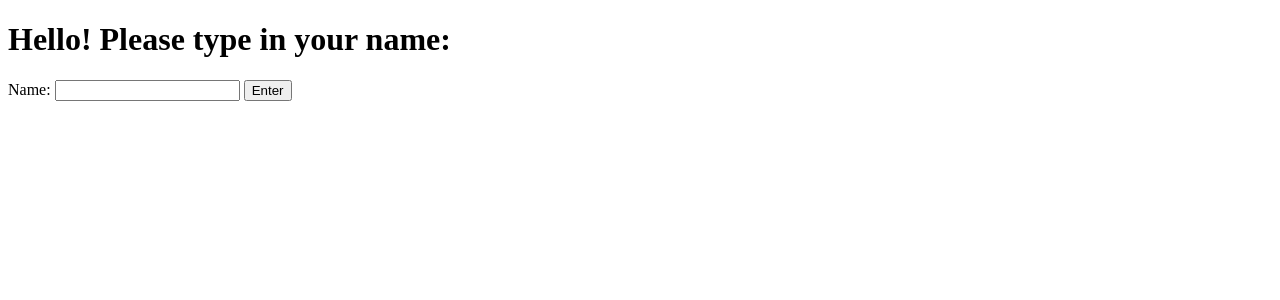
Repository: kunxin-chor/python-flask-form-processing
Page: http://localhost/hello
The author's editor kept a record of every edit. The page is drawn from the files as they stood at one moment, then again after the next edit.
The browser window is 1280 px wide. The pictures show the whole page.
The page is served by the project's application, run on Flask 3 (run.py).

Above is the page before.

### templates/hello.html
<!DOCTYPE html>
<html lang="en">
<head>
    <meta charset="UTF-8">
    <meta name="viewport" content="width=device-width, initial-scale=1.0">
    <meta http-equiv="X-UA-Compatible" content="ie=edge">
    <title>Document</title>
</head>
<body>
    <h1>Hello! Please type in your name:</h1>
    <form method="post" action="greet_the_person">
        <label>Name:</label>
        <input type="text" name="person_name"></input>
        <input type="submit" value="Enter"></input>
    </form>
</body>
</html>

### run.py
# From the flask module, import an object named Flask
from flask import Flask, render_template, request

# adding in functionality to access the operating system
import os

app = Flask(__name__)

# @app.route('/hello')
# def foobar():
#     return render_template("hello.html")

# @app.route('/greet_the_person', methods=['POST'])
# def process_form():
#     n = request.form.get('person_name')
#     age = request.form.get('age')
#     return "Hi, {}, welcome to the website!".format(n)


@app.route('/hello', methods=['GET', 'POST'])
def foobar():
    if request.method == 'GET':
        return render_template("hello.html")
    elif request.method == 'POST':
        print(request.form)
        n = request.form.get('person_name')
        age = request.form.get('age')
        return "Hi, {}, welcome to the website".format(n)

# "magic code" -- boilerplate
if __name__ == '__main__':
    app.run(host=os.environ.get('IP'),
            port=int(os.environ.get('PORT')),
            debug=True)

After the next edit:
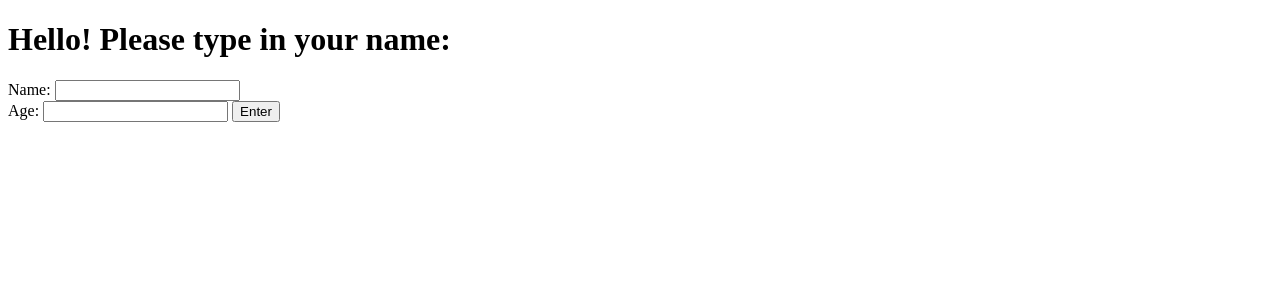
The edit:
--- a/templates/hello.html
+++ b/templates/hello.html
@@ -11,6 +11,9 @@
     <form method="post" action="greet_the_person">
         <label>Name:</label>
         <input type="text" name="person_name"></input>
+        <br/>
+        <label>Age:</label>
+        <input type="text" name="age"></input>
         <input type="submit" value="Enter"></input>
     </form>
 </body>
